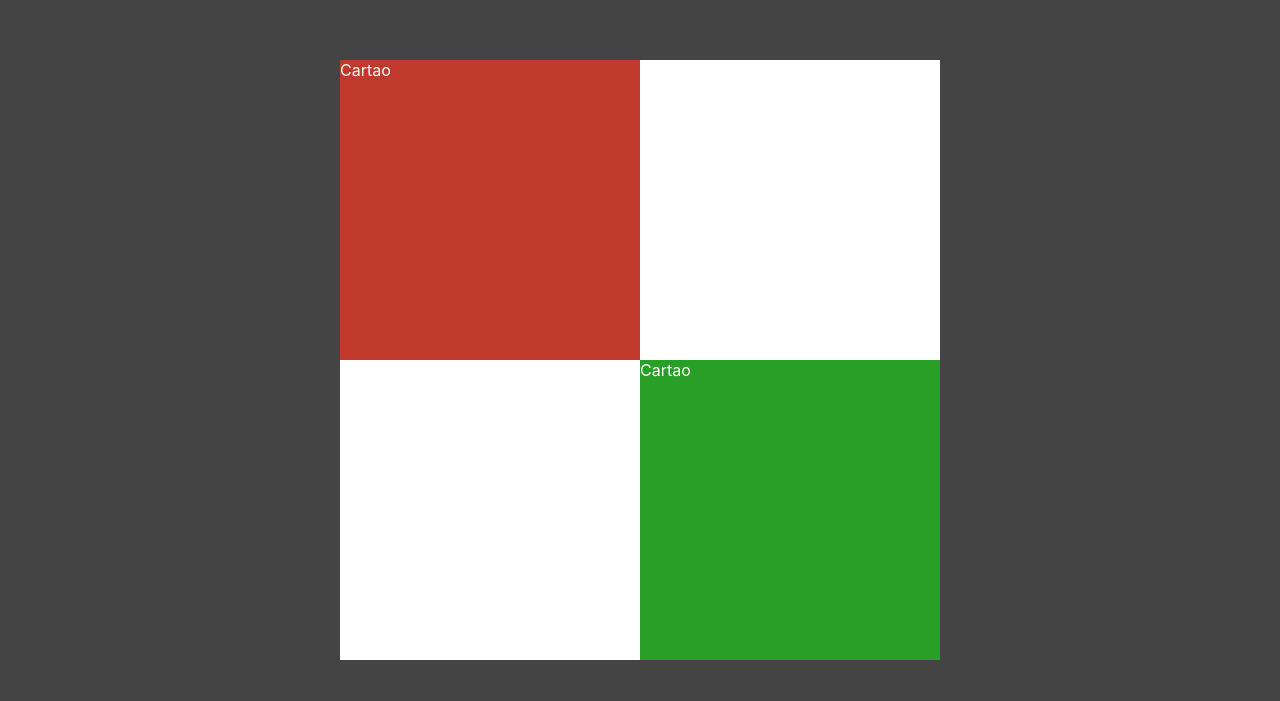
Repository: Mira757/Projeto-Porta-Premiada
Page: /
These files come from the project's save history. The page is drawn as it stood at one moment and after the next save; the edit follows.
The browser window is 1280 px wide. The pictures show the whole page.
The project was rebuilt for these pictures with package versions that can differ from the ones it lists, and the page was loaded fresh each time. The framework's server and built-in components were replaced by stand-ins that run in the browser. Also part of the build but not shown: next.config.js.

Above is the page before, as saved 2022-03-22 18:34:02.

After the next save:
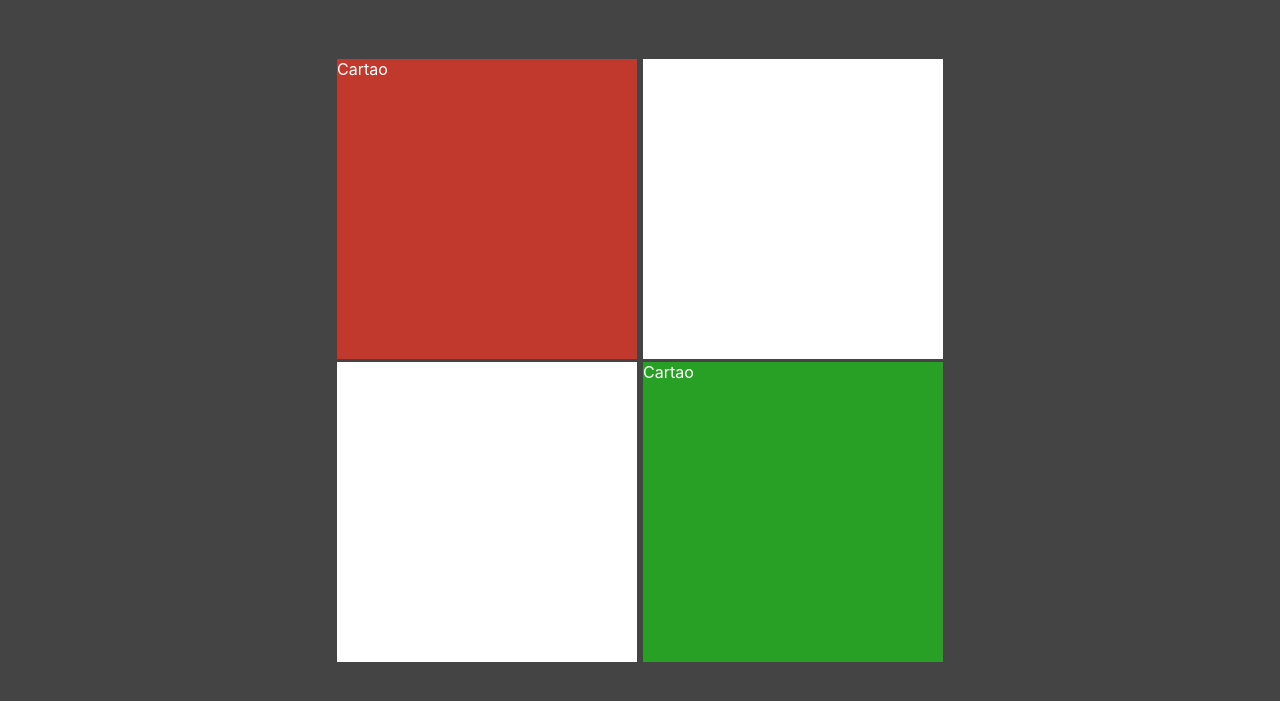
Saved 30 s later.
--- a/styles/Cartao.module.css
+++ b/styles/Cartao.module.css
@@ -3,4 +3,5 @@
   width: 300px;
   height: 300px;
   color: #fff;
+  margin: 3px;
 }
